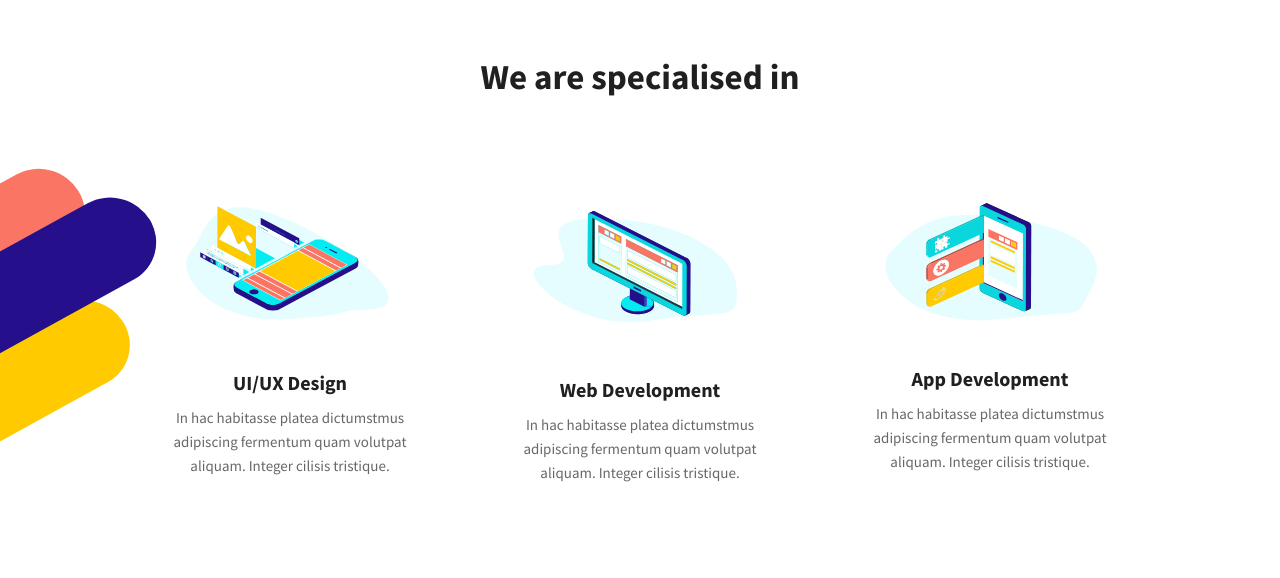
Repository: advert31337/marafon_from0to1_MartaUP
Page: index.html
The author's editor kept a copy of each file at every save. The page is drawn from the files as they stood at one save, then again after the next save.
The browser window is 1280 px wide. The pictures show the part of the page from y = 793 to 1447 px (the page is 1371 px tall before and 1447 px after).

Above is the page before, as saved 2020-03-07 20:49:56.

### index.html
<!DOCTYPE html>
<html lang="en">

<head>
    <meta charset="UTF-8">
    <meta name="viewport" content="width=device-width, initial-scale=1.0">
    <title>Marafon MartaUP</title>
    <link href="https://fonts.googleapis.com/css?family=Source+Sans+Pro:400,600,700&display=swap" rel="stylesheet">
    <link rel="stylesheet" href="css/reset.css">
    <link rel="stylesheet" href="css/slick.css">
    <link rel="stylesheet" href="css/style.css">
</head>

<body>
    <header class="header">

        <div class="container">
            <div class="header__top">

                <div class="logo">
                    <a href="#!">+
                        <img src="images/logo.svg" alt="">
                    </a>
                </div>

                <nav class="menu">
                    <ul class="menu__list">
                        <li><a class="menu__list-item" href="#">home</a></li>
                        <li><a class="menu__list-item" href="#">work</a></li>
                        <li><a class="menu__list-item" href="#">about</a></li>
                        <li><a class="menu__list-item" href="#">contact</a></li>
                    </ul>
                </nav>

                <div class="header-btn">
                    <a class="login" href="#">login</a>
                    <a class="sign-up" href="#">sign up</a>
                </div>

            </div>

            <div class="header-slider">
                <div class="header-slider__item">
                    <div class="header-slider__item-content">

                        <div class="header-slider__item-info">
                            <h3 class="header-slider__title">
                                We Build Apps & Websites
                                for Your Business
                            </h3>
                            <div class="header-slider__description">
                                For startups, For businesses & For you
                            </div>
                            <a href="" class="header-slider__btn">Request a quote</a>
                        </div>

                        <div class="header-slider__item-images">
                            <img src="images/slider-img.png" alt="">
                        </div>
                    </div>
                </div>


                <div class="header-slider__item">
                    <div class="header-slider__item-content">

                        <div class="header-slider__item-info">
                            <h3 class="header-slider__title">
                                We Build Apps & Websites
                                for Your Business
                            </h3>
                            <div class="header-slider__description">
                                For startups, For businesses & For you
                            </div>
                            <a href="" class="header-slider__btn">Request a quote</a>
                        </div>

                        <div class="header-slider__item-images">
                            <img src="images/slider-img.png" alt="">
                        </div>
                    </div>
                </div>


                <div class="header-slider__item">
                    <div class="header-slider__item-content">

                        <div class="header-slider__item-info">
                            <h3 class="header-slider__title">
                                We Build Apps & Websites
                                for Your Business
                            </h3>
                            <div class="header-slider__description">
                                For startups, For businesses & For you
                            </div>
                            <a href="" class="header-slider__btn">Request a quote</a>
                        </div>

                        <div class="header-slider__item-images">
                            <img src="images/slider-img.png" alt="">
                        </div>
                    </div>
                </div>


                <div class="header-slider__item">
                    <div class="header-slider__item-content">

                        <div class="header-slider__item-info">
                            <h3 class="header-slider__title">
                                We Build Apps & Websites
                                for Your Business
                            </h3>
                            <div class="header-slider__description">
                                For startups, For businesses & For you
                            </div>
                            <a href="" class="header-slider__btn">Request a quote</a>
                        </div>

                        <div class="header-slider__item-images">
                            <img src="images/slider-img.png" alt="">
                        </div>
                    </div>
                </div>


                <div class="header-slider__item">
                    <div class="header-slider__item-content">

                        <div class="header-slider__item-info">
                            <h3 class="header-slider__title">
                                We Build Apps & Websites
                                for Your Business
                            </h3>
                            <div class="header-slider__description">
                                For startups, For businesses & For you
                            </div>
                            <a href="" class="header-slider__btn">Request a quote</a>
                        </div>

                        <div class="header-slider__item-images">
                            <img src="images/slider-img.png" alt="">
                        </div>
                    </div>
                </div>
            </div>

        </div>

    </header>

    <section class="specialised">
        <div class="container">
            <div class="specialised__title title">
                We are specialised in
            </div>
            <div class="specialised__items">
                <div class="specialised__item">
                    <img class="specialised__item-img" src="images/specialise-1.svg" alt="">
                    <div class="specialise__item-title">
                        UI/UX Design
                    </div>
                    <div class="specialise__item-text">
                        In hac habitasse platea dictumstmus adipiscing fermentum quam volutpat aliquam. Integer cilisis tristique.
                    </div>
                </div>
                <div class="specialised__item">
                    <img class="specialised__item-img" src="images/specialise-2.svg" alt="">
                    <div class="specialise__item-title">
                        Web Development
                    </div>
                    <div class="specialise__item-text">
                        In hac habitasse platea dictumstmus adipiscing fermentum quam volutpat aliquam. Integer cilisis tristique.
                    </div>
                </div>
                <div class="specialised__item">
                    <img class="specialised__item-img" src="images/specialise-3.svg" alt="">
                    <div class="specialise__item-title">
                        App Development
                    </div>
                    <div class="specialise__item-text">
                        In hac habitasse platea dictumstmus adipiscing fermentum quam volutpat aliquam. Integer cilisis tristique.
                    </div>
                </div>
            </div>
        </div>
    </section>

    <main>

    </main>

    <footer>

    </footer>


    <script src="https://ajax.googleapis.com/ajax/libs/jquery/3.4.1/jquery.min.js"></script>
    <script src="js/slick.min.js"></script>
    <script src="js/main.js"></script>
</body>

</html>

### css/style.css
*{
    box-sizing: border-box;
}

body {
    font-family: 'Source Sans Pro', sans-serif;
    font-size: 15px;
    line-height: 24px;
}

a {
    text-decoration: none;
    color: inherit;
}
.header {
    background-image: url('../images/header-bg.jpg');
    min-height: 793px;
    background-repeat: no-repeat;
    background-size: cover;
    background-position: top center;
}

.container {
    max-width: 1200px;
    margin: 0 auto;
    padding: 0 15px 0 15px;

}

.header__top {
    display: flex;
    justify-content: space-between;
    height: 100px;
    align-items: center;
}

.menu__list {
    display: flex;
}

.menu__list li + li {
    padding-left: 50px;

}

.login {
    margin-right: 44px;
    color: #fff;
    text-transform: uppercase;
    font-weight: 600;
}

.menu__list a{
    opacity: 0.5;
    color: #fff;
    font-weight: 600;
    text-transform: uppercase;
    transition: all 0.5s;
}

.menu__list a:hover {
    opacity: 1;
}

.sign-up {
    text-transform: uppercase;
    color: #250f8a;
    font-weight: 600;
    background-color: #fff;
    padding: 8px 43px;
    border-radius: 20px;

}

.header-slider {
    padding-top: 111px;
}
.header-slider__item {

}
.header-slider__item-content {
    display: flex;
    justify-content: space-between;
}
.header-slider__item-info {
    max-width: 506px;
    color:#fff;
}
.header-slider__title {
    font-weight: 700;
    font-size: 45px;
    line-height: 60px;
    margin-bottom: 10px;
}
.header-slider__description {
    line-height: 55px;
    font-size: 24px;
    margin-bottom: 60px;
}
.header-slider__btn {
    font-weight: 600;
    text-transform: uppercase;
    color: #250F8A;
    padding: 13px 39px;
    background-color: #FFCA00;
    border-radius: 25px;
}
.header-slider__item-images {
    margin: 10px 82px 0 0;
}

.header-dots{
    list-style: none;
    position: absolute;
    right: 0;
    top: 50%;
}

.header-dots button {
    border: none;
    background-color: #fff;
    opacity: 0.5;
    font-size: 0;
    padding: 0;
    width: 7px;
    height: 7px;
    border-radius: 3.5px;
    cursor: pointer;
    outline: none;
    margin: 10px auto;
    display: block;
}

.header-dots .slick-active button{
    width: 15px;
    opacity: 1;
}

.specialised{
    padding: 55px 0 93px;
    background-image: url(../images/special-bg.svg);
    background-position: left bottom;
    background-repeat: no-repeat;
    color: #202020;
    text-align: center;
}

.specialised__title {
    margin-bottom: 96px;
}
.title {
    font-size: 35px;
    line-height: 45px;
    font-weight: 700;
    text-align: center;
}

.specialised__items {
    display: flex;
    justify-content: space-between;
    max-width: 980px;
    margin: 0 auto;

}
.specialised__item {
    width: 280px;
}
.specialised__item-img {
    margin-bottom: 23px;
}
.specialise__item-title {
    margin-bottom: 11px;
    font-size: 20px;
    font-weight: 700;
}
.specialise__item-text {
   padding: 0 10px;
   color: #272727;
   opacity: 0.7;
}

### js/main.js
$(function(){
    $('.header-slider').slick({
        arrows: false,
        vertical: true,
        dots: true,
        dotsClass: 'header-dots',
        autoplay: 2000,

    })
})

Loaded but not shown: css/reset.css (common file); css/slick.css (common file); js/slick.min.js (library)

After the next save:
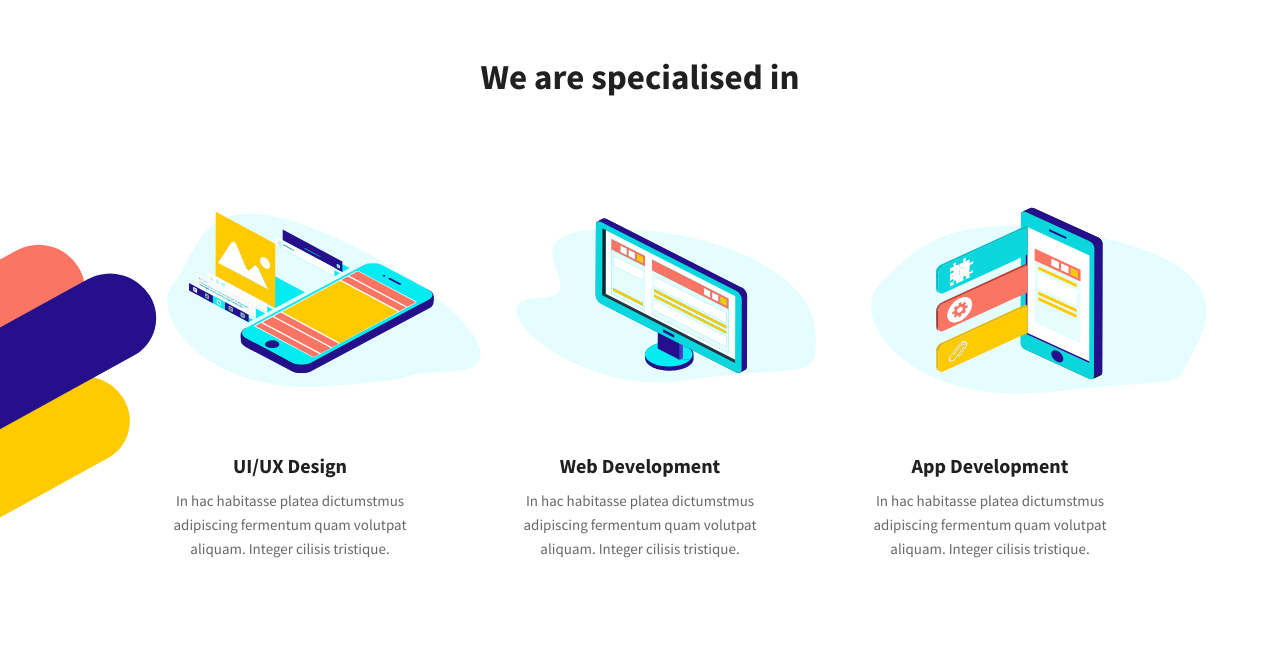
Saved 12 min 58 s later.
--- a/css/style.css
+++ b/css/style.css
@@ -167,6 +167,7 @@ a {
 }
 .specialised__item-img {
     margin-bottom: 23px;
+    min-height: 235px;
 }
 .specialise__item-title {
     margin-bottom: 11px;
